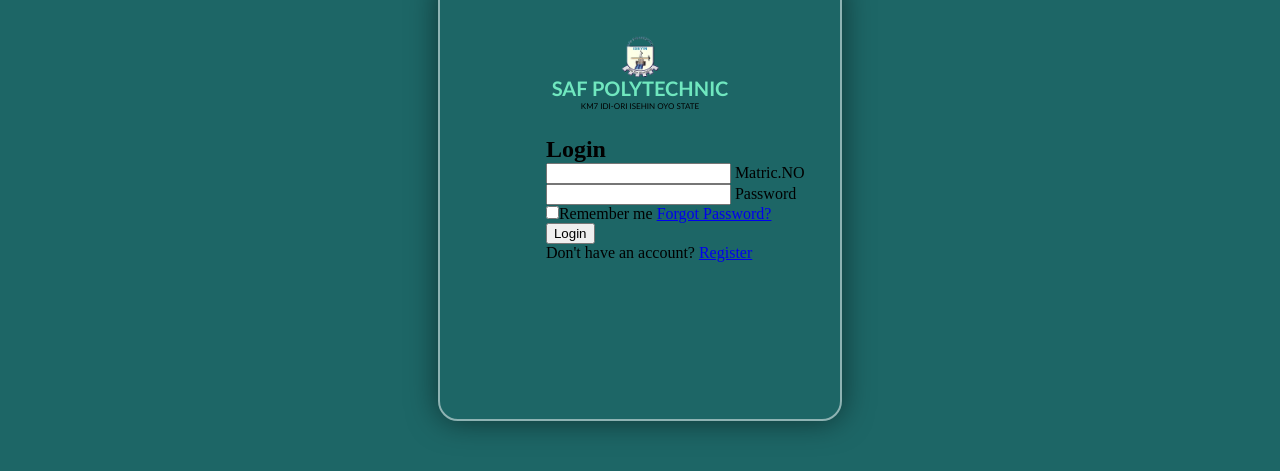
Repository: makinwademila/new-html
Page: index2.html
These files come from the project's save history. The page is drawn as it stood at one moment and after the next save; the edit follows.
The browser window is 1280 px wide. The pictures show the whole page.
Some icons come from a web library that is not loaded, so they are not drawn.

Above is the page before, as saved 2025-03-05 18:27:34.

### index2.html
<!DOCTYPE html>
<html lang="en">

<head>
    <meta charset="UTF-8">
    <meta name="viewport" content="width=device-width, initial-scale=1.0">
    <link href="'https://unpkg.com/boxicons@2.1.4/css/boxicons.min.css'" rel="stylesheet">
    <link rel="stylesheet" href="style2.css">
    <title>page2</title>
</head>


<body>
    <header>
        <div class="names">
            <img src="logo.png">
            <div class="name">
                <h6>
                    SAF POLYTECHNIC
                </h6>
            </div>
            <div class="namer"> KM7 IDI-ORI ISEHIN OYO STATE
            </div>
        </div>
    </header>

    <div class="wrapper">


        <span class="icon-close"><ion-icon name="close"></ion-icon>
                </span>

        <div class="form-box login">
            <h2>Login</h2>
            <form action="#">
                <div class="input-box">
                    <span class="icon"><ion-icon name="mail"></ion-icon></span>
                    <input type="alphanumeric" required>
                    <label>Matric.NO</label>
                </div>
                <form action="#">
                    <div class="input-box">
                        <span class="icon"><ion-icon name="lock-closed"></ion-icon></span>
                        <input type="password" required>
                        <label>Password</label>
                    </div>
                    <div class="remember-forgot">
                        <label><input type="checkbox" required>Remember me</label>
                        <a href="#">Forgot Password?</a>
                    </div>
                    <button type="submit" class="btn" onclick="active" href="#">Login</button>
                    <div class="login-register">
                        <p>Don't have an account? <a href="#" class="register-link">Register</a></p>
                    </div>
                </form>
        </div>

        <div class="form-box register">
            <h2>Registration</h2>
            <form action="#">
                <div class="input-box">
                    <span class="icon"><ion-icon name="person"></ion-icon></span>
                    <input type="text" required>
                    <label>Matric.NO</label>
                </div>
                <div class="input-box">
                    <span class="icon"><ion-icon name="mail"></ion-icon></span>
                    <input type="email" required>
                    <label>Email</label>
                </div>
                <form action="#">
                    <div class="input-box">
                        <span class="icon"><ion-icon name="lock-closed"></ion-icon></span>
                        <input type="password" required>
                        <label>Password</label>
                    </div>
                    <div class="remember-forgot">
                        <label><input type="checkbox" required>I agree to the terms & condition</label>

                    </div>
                    <button type="submit" class="btn">Register</button>
                    <div class="login-register">
                        <p>Already have an account? <a href="#" class="login-link">Login</a></p>
                    </div>
                </form>
        </div>
    </div>

</html>

### style2.css
* {
    margin: auto;
    padding: auto;
}

body {
    margin: 0;
    padding: 0;
    background-color: rgb(29, 102, 102);
    height: auto;
    width: auto;
}

header {
    font-family: 'Gill Sans', 'Gill Sans MT', Calibri, 'Trebuchet MS', sans-serif;
    justify-content: center;
    align-content: center;
}

img {
    height: 80px;
    width: 80px;
    display: block;
    margin: auto;
}

.name h6 {
    font-size: 40px;
    font-weight: bolder;
    color: rgb(112, 231, 191);
    display: flex;
    justify-content: center;
    align-content: center;
}

.title {
    display: flex;
    justify-content: center;
    align-items: center;
    flex-direction: row;
    justify-content: space-between;
    justify-content: space-around;
    color: black;
    background-color: rgb(7, 44, 44);
    border-radius: 60px;
    width: 30%;
    list-style: none;
    margin-top: 40px;
}

.namer {
    display: flex;
    justify-content: center;
}

header {
    transform: scale(0.5);
}

.wrapper {
    position: relative;
    top: -170px;
    width: 400px;
    height: 440px;
    background: transparent;
    border: 2px solid rgba(255, 255, 255, 0.5);
    border-radius: 20px;
    backdrop-filter: blur(20px, 20px);
    box-shadow: 0 0 30px rgba(0, 0, 0, 0.5);
    display: flex;
    justify-content: center;
    align-items: center;
    transition: transform .5s ease height .2 ease;
    overflow: hidden;
    transform: scale(1);
    animation-name: close;
}

.wrapper.active {
    height: 520px;
}

.wrapper .form-box.login {
    transition: transform .18s ease;
    transform: translateX(0);
}

.wrapper.active .form-box.login {
    transition: none;
    transform: translateX(-400px);
}

.wrapper .form-box.register {
    position: absolute;
    transition: none;
    transform: translate(400px);
}

.wrapper.active .form-box.register {
    transition: transform .18s ease;
    transform: translateX(0);
}

After the next save:
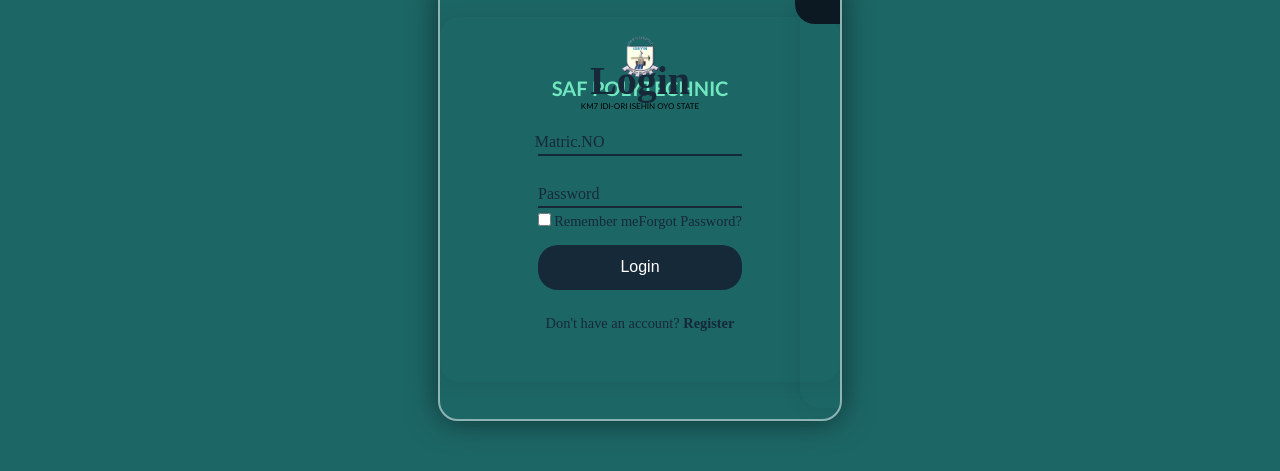
Saved 45 s later.
--- a/style2.css
+++ b/style2.css
@@ -100,3 +100,146 @@
     transition: transform .18s ease;
     transform: translateX(0);
 }
+
+.wrapper .form-box {
+    width: 100%;
+    max-width: 400px;
+    padding: 40px;
+    border-radius: 20px;
+    box-shadow: 0 0 20px rgba(0, 0, 0, 0.1);
+    display: flex;
+    flex-direction: column;
+    justify-content: center;
+    align-items: center;
+}
+
+.wrapper .icon-close {
+    position: absolute;
+    top: 0;
+    right: 0;
+    width: 45px;
+    height: 45px;
+    background: #0d1922;
+    font-size: 2em;
+    color: #fff;
+    display: flex;
+    justify-content: center;
+    align-items: center;
+    border-bottom-left-radius: 20px;
+    cursor: pointer;
+    z-index: 1;
+}
+
+.form-box h2 {
+    font-size: 2.5em;
+    color: #162938;
+    text-align: center;
+}
+
+.input-box {
+    position: relative;
+    width: 100%;
+    height: 30px;
+    border-bottom: 2px solid #162938;
+    margin: 20px 0;
+}
+
+.input-box label {
+    position: absolute;
+    top: 30%;
+    left: 12%;
+    transform: translate(-40%);
+    font-size: 1em;
+    color: #162938;
+    font-weight: 500;
+    pointer-events: none;
+    transition: 0.5s;
+    animation-duration: 2s;
+}
+
+.input-box input:focus~label,
+.input-box input:valid~label {
+    top: -15px;
+    color: #162938;
+    font-weight: 700;
+}
+
+.input-box input {
+    position: absolute;
+    width: 100%;
+    height: 100%;
+    border: none;
+    background: transparent;
+    outline: none;
+    font-size: 1em;
+    color: #162938;
+    font-weight: 600;
+}
+
+.input-box .icon {
+    position: absolute;
+    top: 50%;
+    right: 10px;
+    transform: translateY(-50%);
+    font-size: 1em;
+    color: #162938;
+    line-height: 57px;
+}
+
+.remember-forgot {
+    font-size: .9em;
+    color: #162938;
+    font-weight: 500;
+    margin: -15px 0 15px;
+    display: flex;
+    justify-content: space-between;
+}
+
+.remember-forgot label input {
+    accent-color: #162938;
+    margin-right: 3px;
+}
+
+.remember-forgot a {
+    color: #162938;
+    text-decoration: none;
+}
+
+.remember-forgot a:hover {
+    text-decoration: underline;
+}
+
+.btn {
+    width: 100%;
+    height: 45px;
+    background: #162938;
+    border: none;
+    outline: none;
+    border-radius: 20px;
+    cursor: pointer;
+    font-size: 1em;
+    color: #fff;
+    font-weight: 500;
+}
+
+.btn:hover {
+    background: #111726;
+}
+
+.login-register {
+    font-size: 0.9em;
+    color: #162938;
+    text-align: center;
+    font-weight: 500;
+    margin: 25px 0 10px;
+}
+
+.login-register p a {
+    color: #162938;
+    text-decoration: none;
+    font-weight: 600;
+}
+
+.login-register p a:hover {
+    text-decoration: underline;
+}
